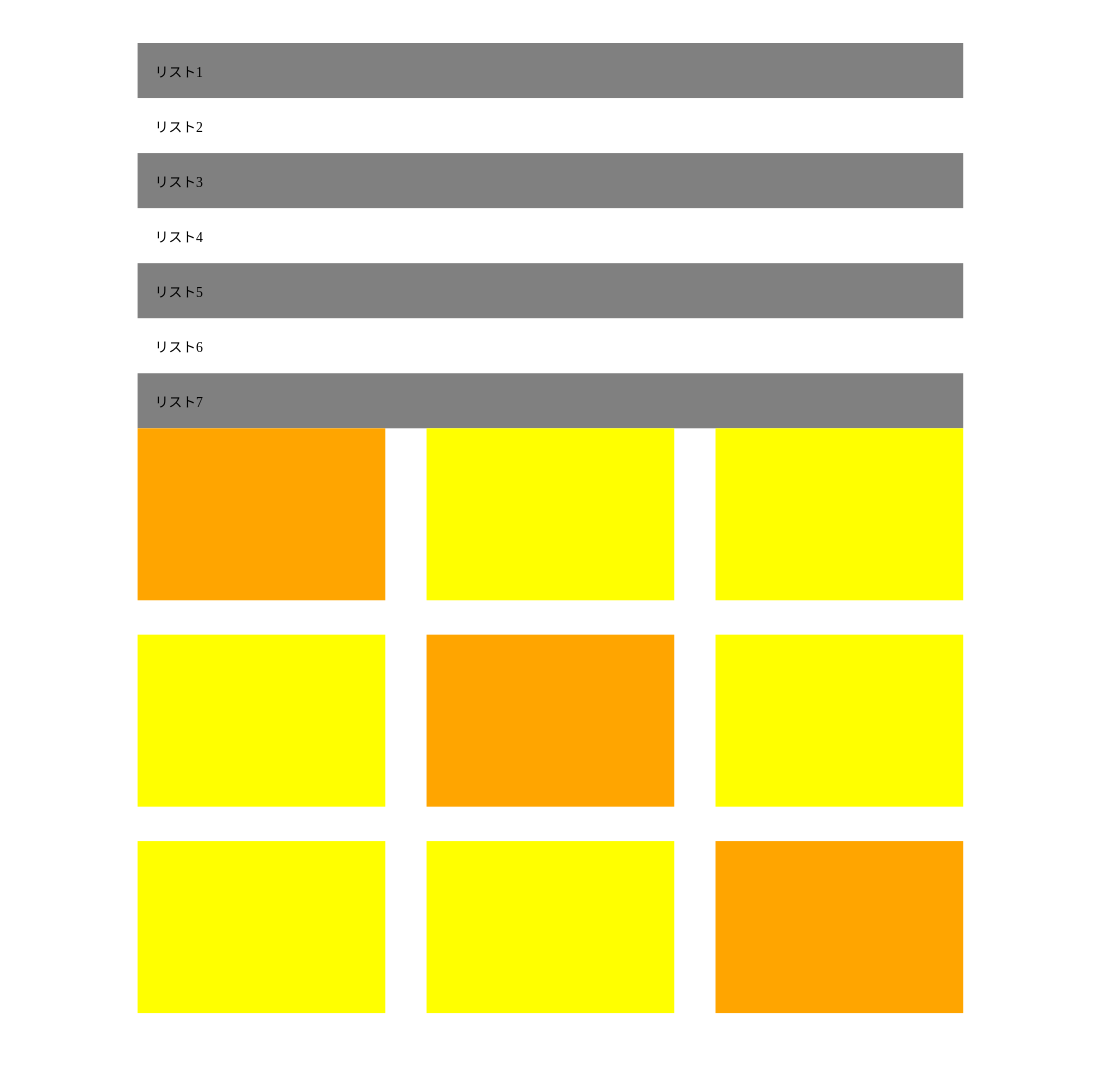
Repository: ryosei-110/HTML-CSS-
Page: 1-8exercise/1-8.html
The author's editor kept a record of every edit. The page is drawn from the files as they stood at one moment, then again after the next edit.
The browser window is 1280 px wide. The pictures show the whole page, at 86% of full size.

Above is the page before.

After the next edit:
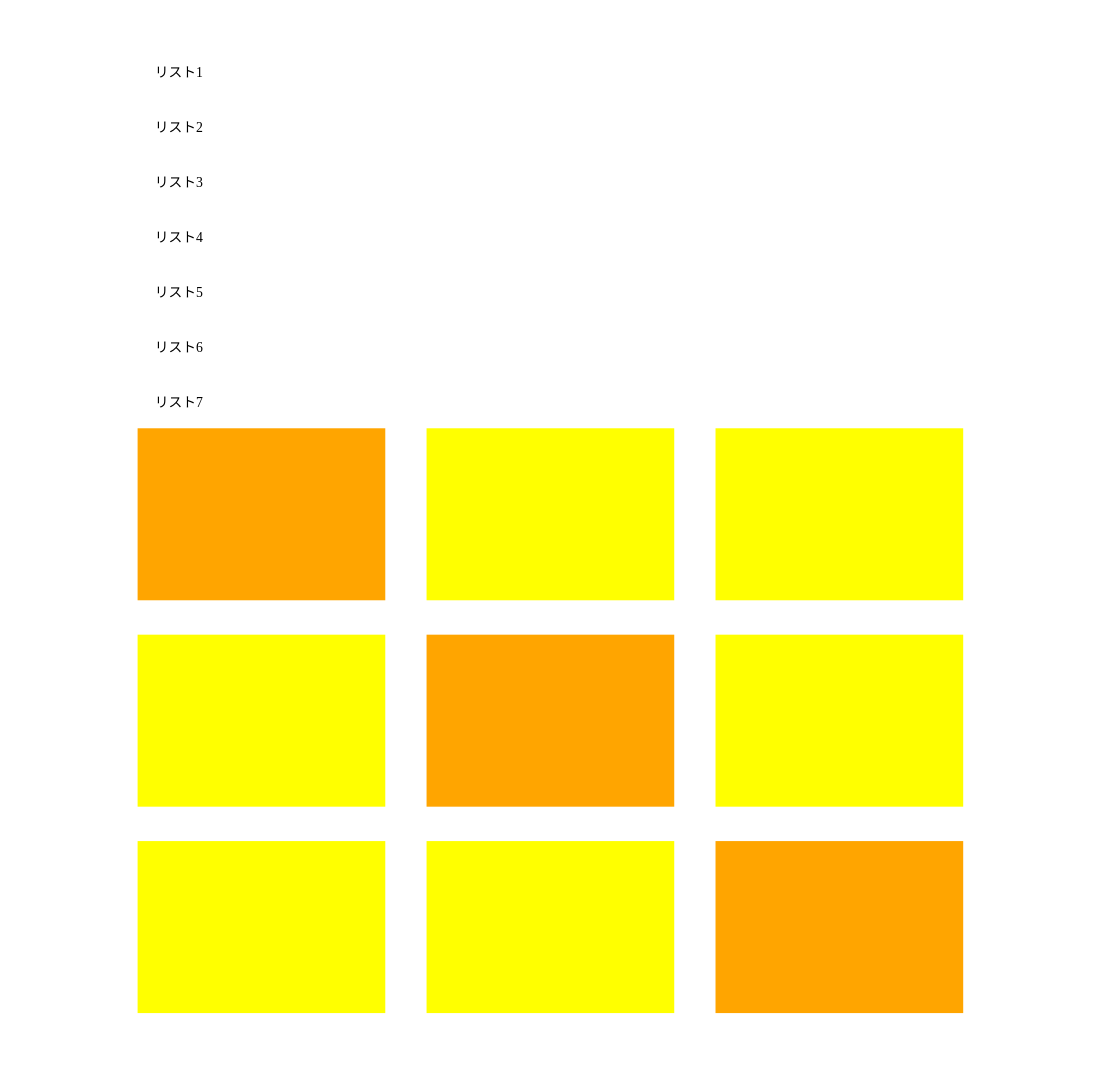
The edit:
--- a/1-8exercise/1-8.css
+++ b/1-8exercise/1-8.css
@@ -13,9 +13,7 @@
   padding: 20px;
 }
 
-.list {
-  padding: 20px;
-}
+.list-ty
 
 .list-type p:nth-child(odd) {
   background-color: gray;

After the 2 edits that followed:
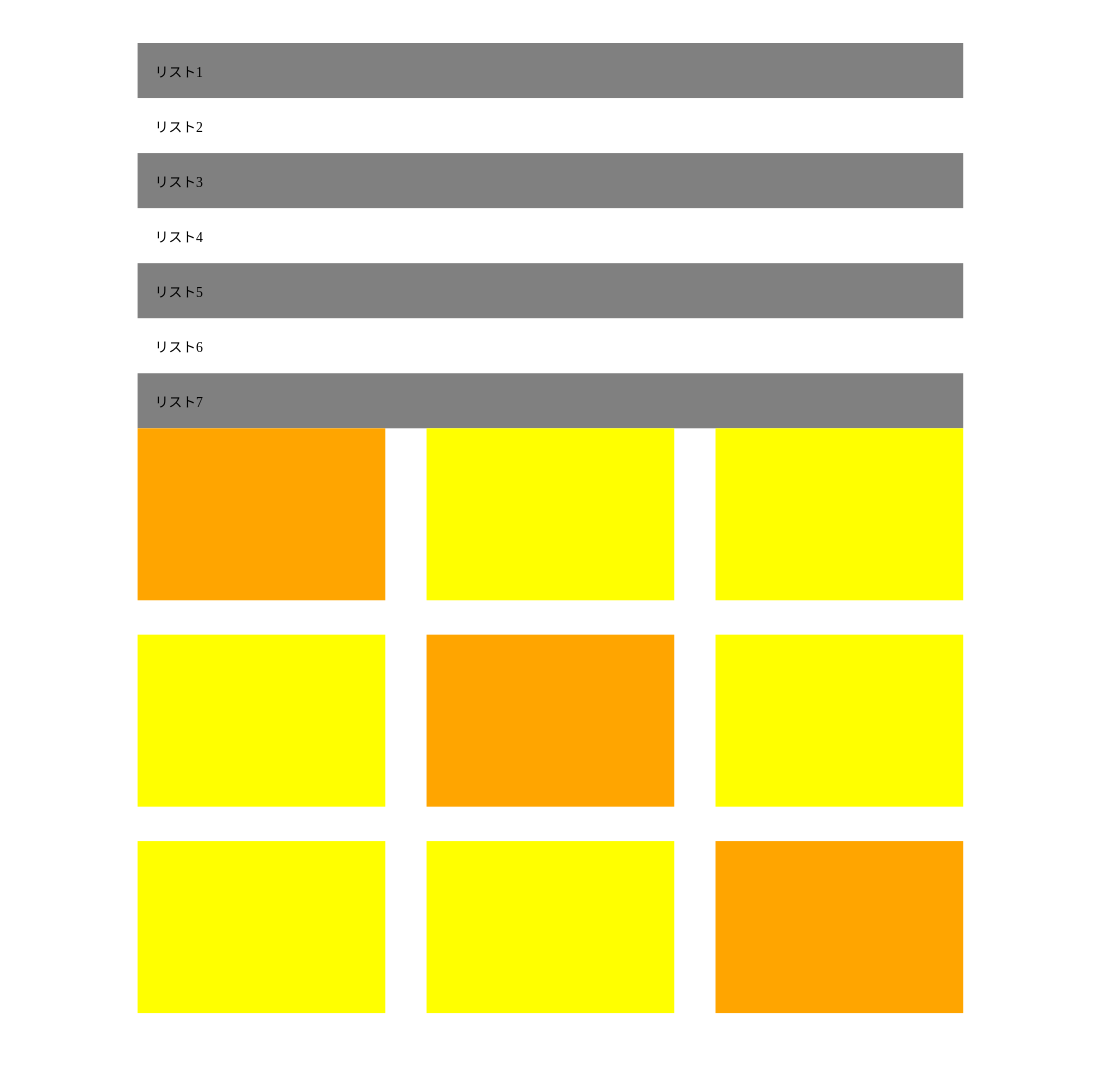
The 2 edits are shown as one change because 1 left the picture as it was.
The edit:
--- a/1-8exercise/1-8.css
+++ b/1-8exercise/1-8.css
@@ -12,8 +12,6 @@
 .list {
   padding: 20px;
 }
-
-.list-ty
 
 .list-type p:nth-child(odd) {
   background-color: gray;
@@ -35,12 +33,6 @@
   margin-right: 0;
 }
 
-.box:nth-child(1,2,3) {
-  margin-bottom: 50px;
-}
-
-
-
 .orange {
   background-color: orange;
 }
